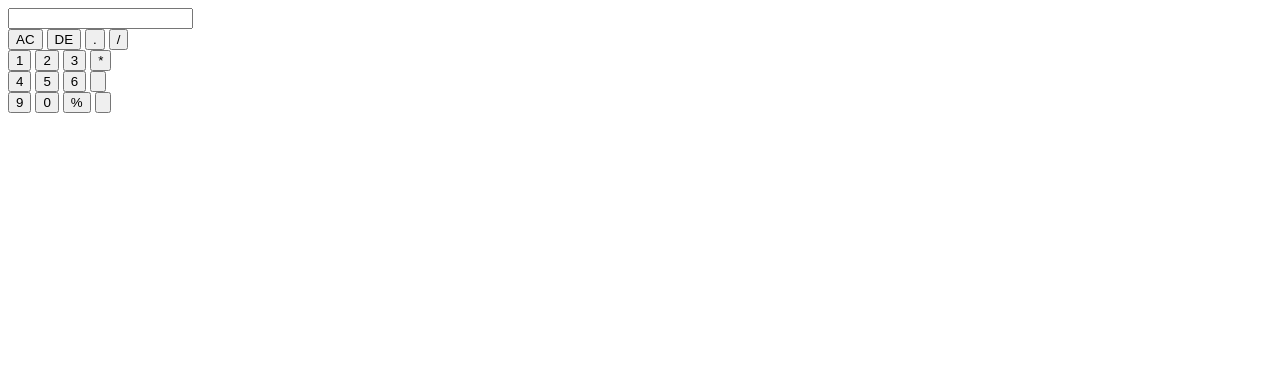
Repository: jerrys-arch/web-calculator
Page: indwx.html
The author's editor kept a copy of each file at every save. The page is drawn from the files as they stood at one save, then again after the next save.
The browser window is 1280 px wide. The pictures show the whole page.

Above is the page before, as saved 2024-11-30 04:49:58.

### indwx.html
<!DOCTYPE html>
<html lang="en">
<head>
    <meta charset="UTF-8">
    <meta name="viewport" content="width=device-width, initial-scale=1.0">
    <title>calculator</title>
</head>
<body>
    <div class="container">
        <div class="calculator">
            <div class="display">
                <input id="display" type="text">
            </div>
            <div>
                <input type="button" value="AC">
                <input type="button" value="DE">
                <input type="button" value=".">
                <input type="button" value="/">
            </div>
            <div>
                <input type="button" value="1">
                <input type="button" value="2">
                <input type="button" value="3">
                <input type="button" value="*">
            </div>
            <div>
                <input type="button" value="4">
                <input type="button" value="5">
                <input type="button" value="6">
                <input type="button" value="">
            </div>
            <div>
                <input type="button" value="9">
                <input type="button" value="0">
                <input type="button" value="%">
                <input type="button" value="">
            </div>
        </div>
    </div>
</body>
</html>

After the next save:
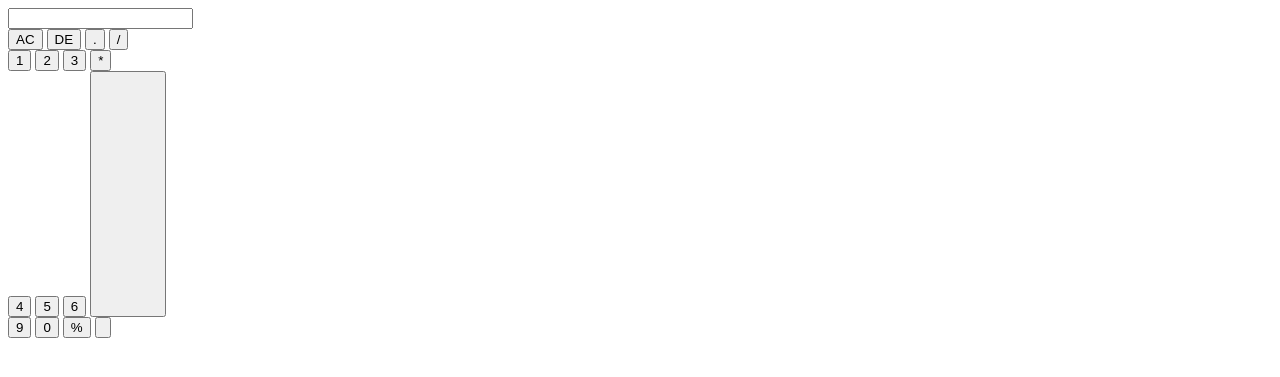
Saved 17 s later.
--- a/indwx.html
+++ b/indwx.html
@@ -27,7 +27,22 @@
                 <input type="button" value="4">
                 <input type="button" value="5">
                 <input type="button" value="6">
-                <input type="button" value="">
+                <input type="button" value="
+
+
+
+
+
+
+
+
+
+
+
+
+
+
+                ">
             </div>
             <div>
                 <input type="button" value="9">

After the 5 saves that followed:
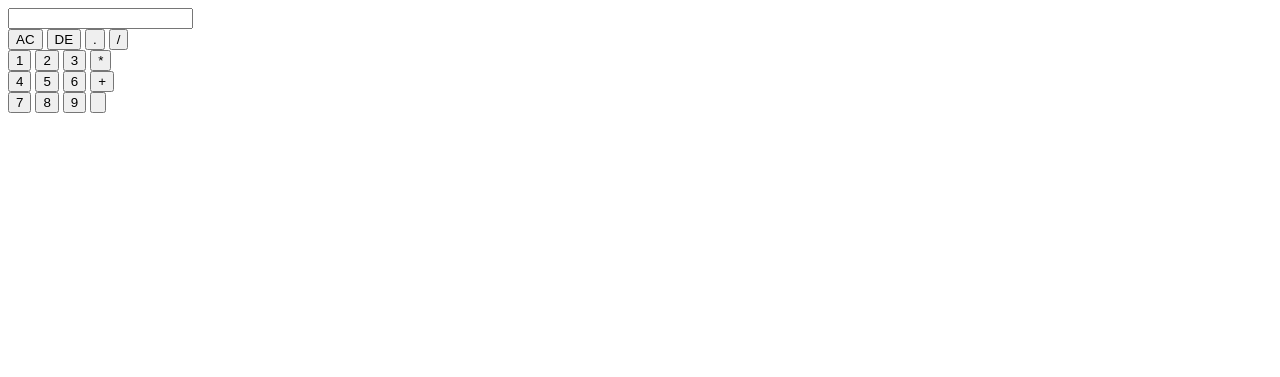
The 5 saves are shown as one change because they came seconds apart.
The last was saved 28 s later.
--- a/indwx.html
+++ b/indwx.html
@@ -27,27 +27,12 @@
                 <input type="button" value="4">
                 <input type="button" value="5">
                 <input type="button" value="6">
-                <input type="button" value="
-
-
-
-
-
-
-
-
-
-
-
-
-
-
-                ">
+                <input type="button" value="+">
             </div>
             <div>
+                <input type="button" value="7">
+                <input type="button" value="8">
                 <input type="button" value="9">
-                <input type="button" value="0">
-                <input type="button" value="%">
                 <input type="button" value="">
             </div>
         </div>
